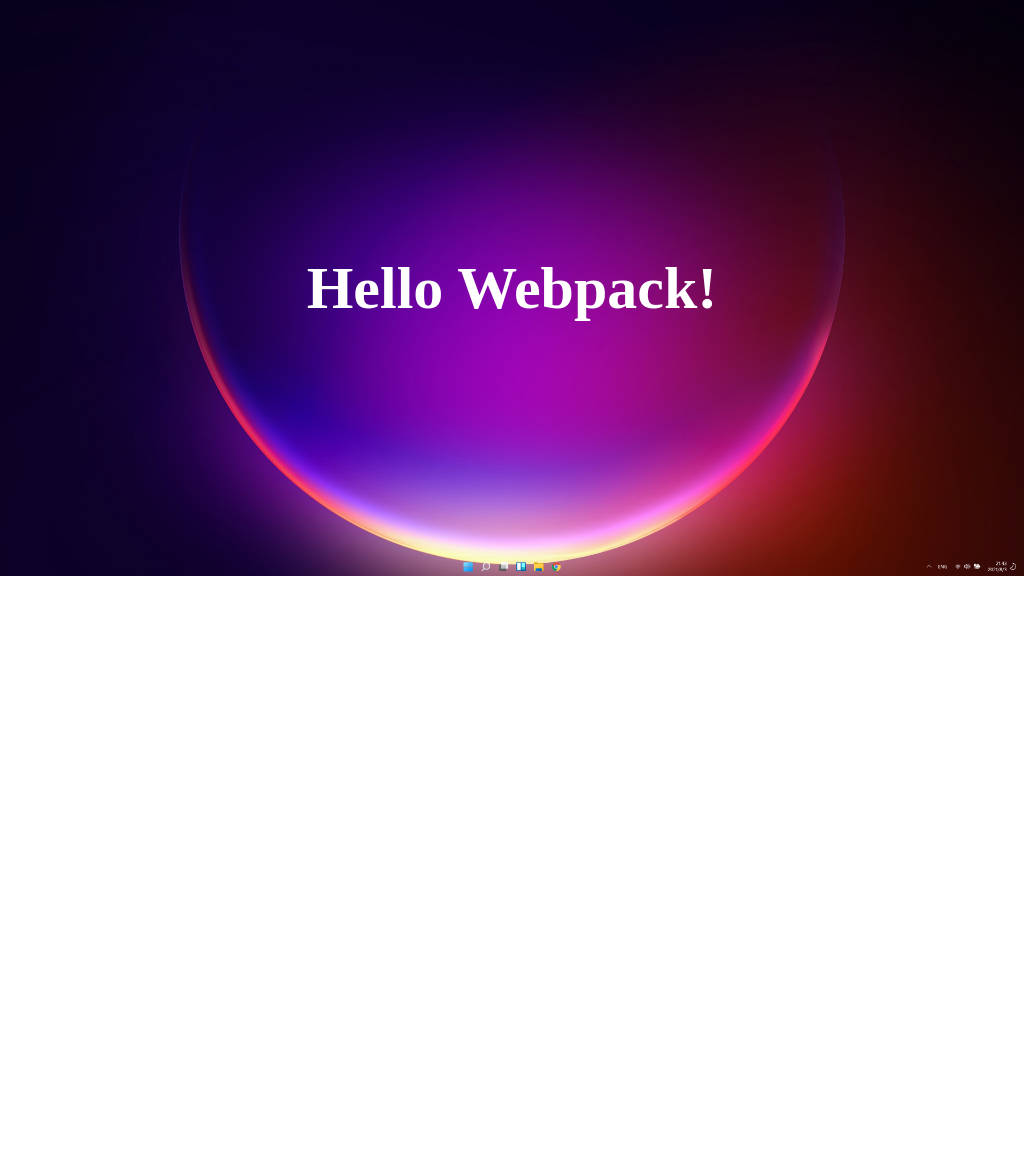
Repository: ErosHai/Home
Page: / (app in vscode/webpack/)
The author's editor kept a copy of each file at every save. The page is drawn from the files as they stood at one save, then again after the next save.
The browser window is 1280 px wide. The pictures show the whole page, at 80% of full size.
The project was rebuilt for these pictures with package versions that can differ from the ones it lists, and the page was loaded fresh each time. Also part of the build but not shown: vscode/webpack/webpack.config.js.

Above is the page before, as saved 2021-08-31 16:50:31.

### vscode/webpack/index.html
<!DOCTYPE html>
<html lang="en">
<head>
  <meta charset="UTF-8">
  <meta http-equiv="X-UA-Compatible" content="IE=edge">
  <meta name="viewport" content="width=device-width, initial-scale=1.0">
  <title>Webpack</title>
</head>
<body>

  <div id="app">
  </div>

   <!-- webpack 模块化打包工具 -->
  <script src="./dist/bundle.js"></script>

</body>
</html>

### vscode/webpack/main.js
const { default: Vue } = require('vue');
const {name, sum} = require('./src/js/bbb.js')

console.log(name);
console.log(sum(265,23));

require('./src/css/normal.css')

require('./src/css/less.less')

require('./src/img/windows11.png')

const vm = new Vue({
  el:'#app',
  template:`
    <div>
      <h2> {{ msg }}</h2>
      <h2> {{ name }}</h2>
    </div>
  `,
  data:{
    msg: 'Hello Webpack!',
    name: 'Wang YiRong'
  }
})

### vscode/webpack/src/js/bbb.js
let name = 'xiaoming';

function sum(num1, num2) {
  return num1 + num2
}


export {
  name,
  sum
}

export class Person {
  run(){
    console.log('run');
  }
}

export function ins(num1,num2) {
  return num1 * num2
}

const address = '杭州市'
export default address

### vscode/webpack/src/css/normal.css
*{
  margin: 0;
  padding: 0;
}

body{
  background-color: aqua;
}

### vscode/webpack/src/css/less.less
@fontSize: 50px;
@fontColor: #fff;

body {
  font-size: @fontSize;
  color: @fontColor;
  text-align: center;
  line-height: 100vh;
  margin: 0 auto;
  background: url('../img/windows11.png')  no-repeat;
  background-size : cover;
  height: 100vh;
}

After the next save:
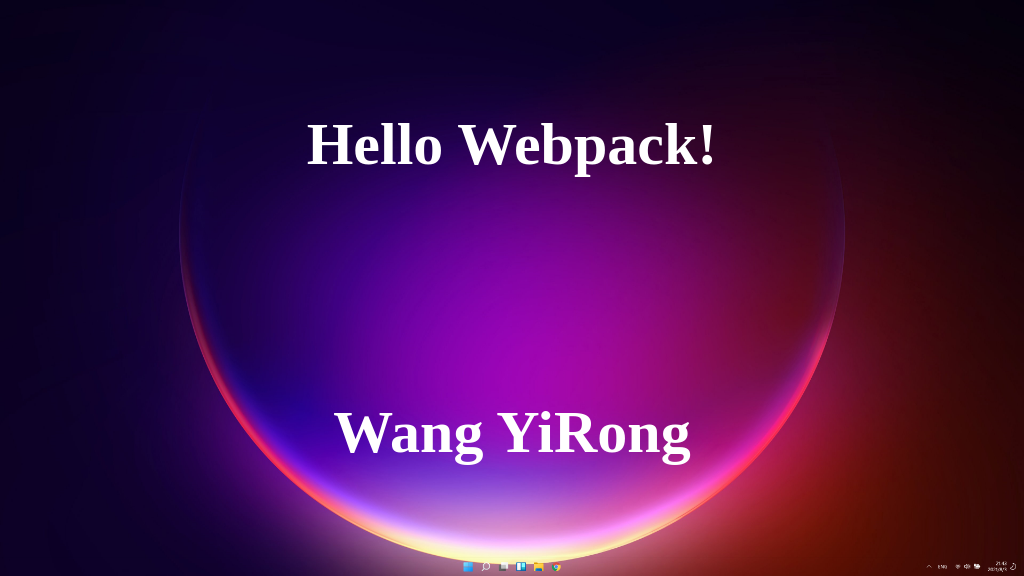
Saved 63 s later.
--- a/vscode/webpack/src/css/less.less
+++ b/vscode/webpack/src/css/less.less
@@ -5,7 +5,7 @@
   font-size: @fontSize;
   color: @fontColor;
   text-align: center;
-  line-height: 100vh;
+  line-height: 50vh;
   margin: 0 auto;
   background: url('../img/windows11.png')  no-repeat;
   background-size : cover;
